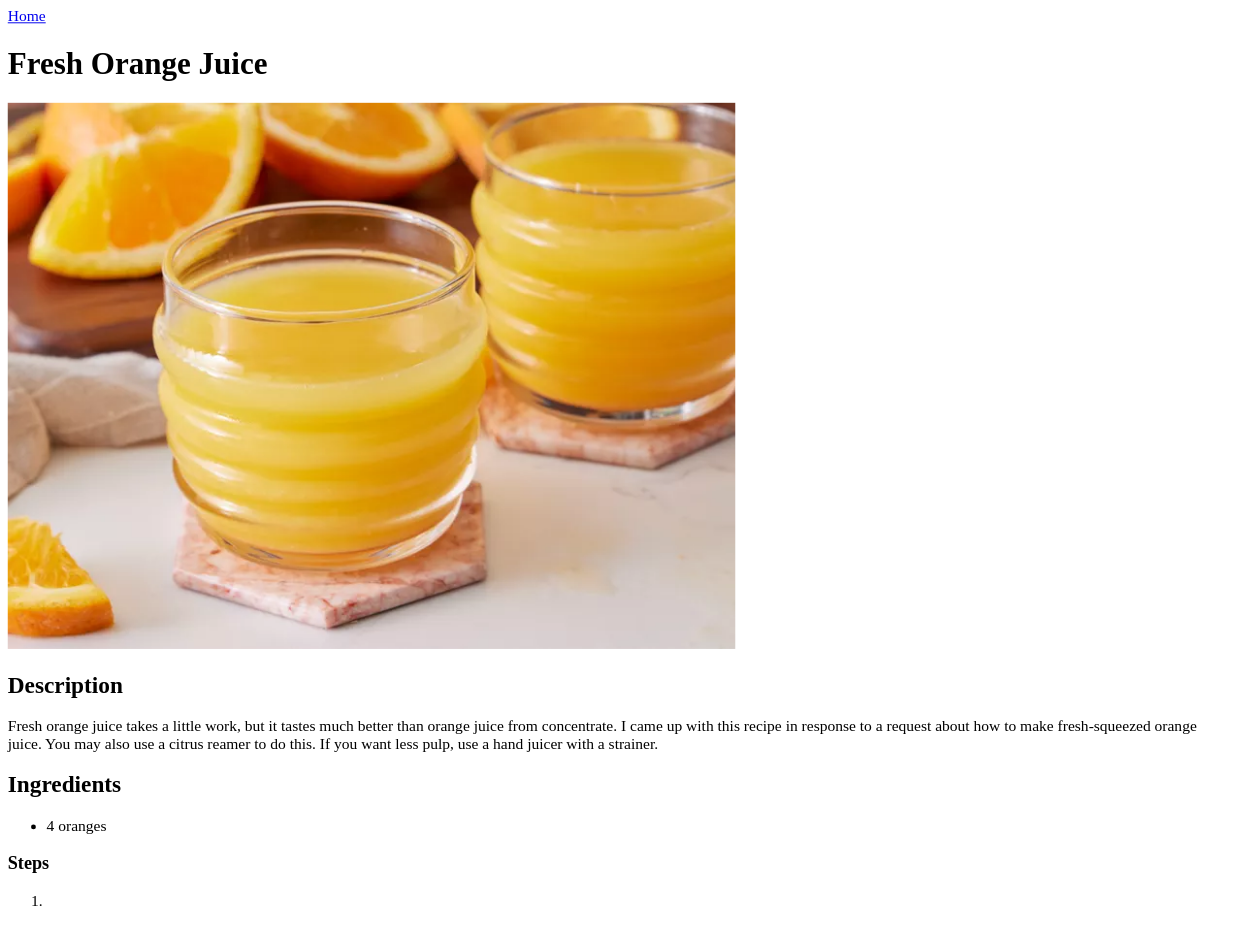
Repository: itsDevAK/odin-recipes
Page: recipes/orange-juice.html
An editor plug-in stored every save of this project. The page is shown before and after a run of saves, followed by the edit.
The browser window is 1280 px wide. The pictures show the whole page, at 97% of full size.

Above is the page before, as saved 2026-09-17 13:16:44.

### recipes/orange-juice.html
<!DOCTYPE html>
<html lang="en">
<head>
    <meta charset="UTF-8">
    <meta name="viewport" content="width=device-width, initial-scale=1.0">
    <title>Beef Birria Nachos</title>
</head>
<body>
    <a href="../index.html">Home</a>
    <h1>Fresh Orange Juice</h1>
    <img src="../images/orange-juice.webp" alt="">
    <h2>Description</h2>
    <p>Fresh orange juice takes a little work, but it tastes much better than orange juice from concentrate. I came up with this recipe in response to a request about how to make fresh-squeezed orange juice. You may also use a citrus reamer to do this. If you want less pulp, use a hand juicer with a strainer.</p>
    <h2>Ingredients</h2>
    <ul>
        <li>4 oranges</li>
    </ul>
    <h3>Steps</h3>
    <ol>
        <li></li>
    </ol>
</body>
</html>

After the next 2 saves:
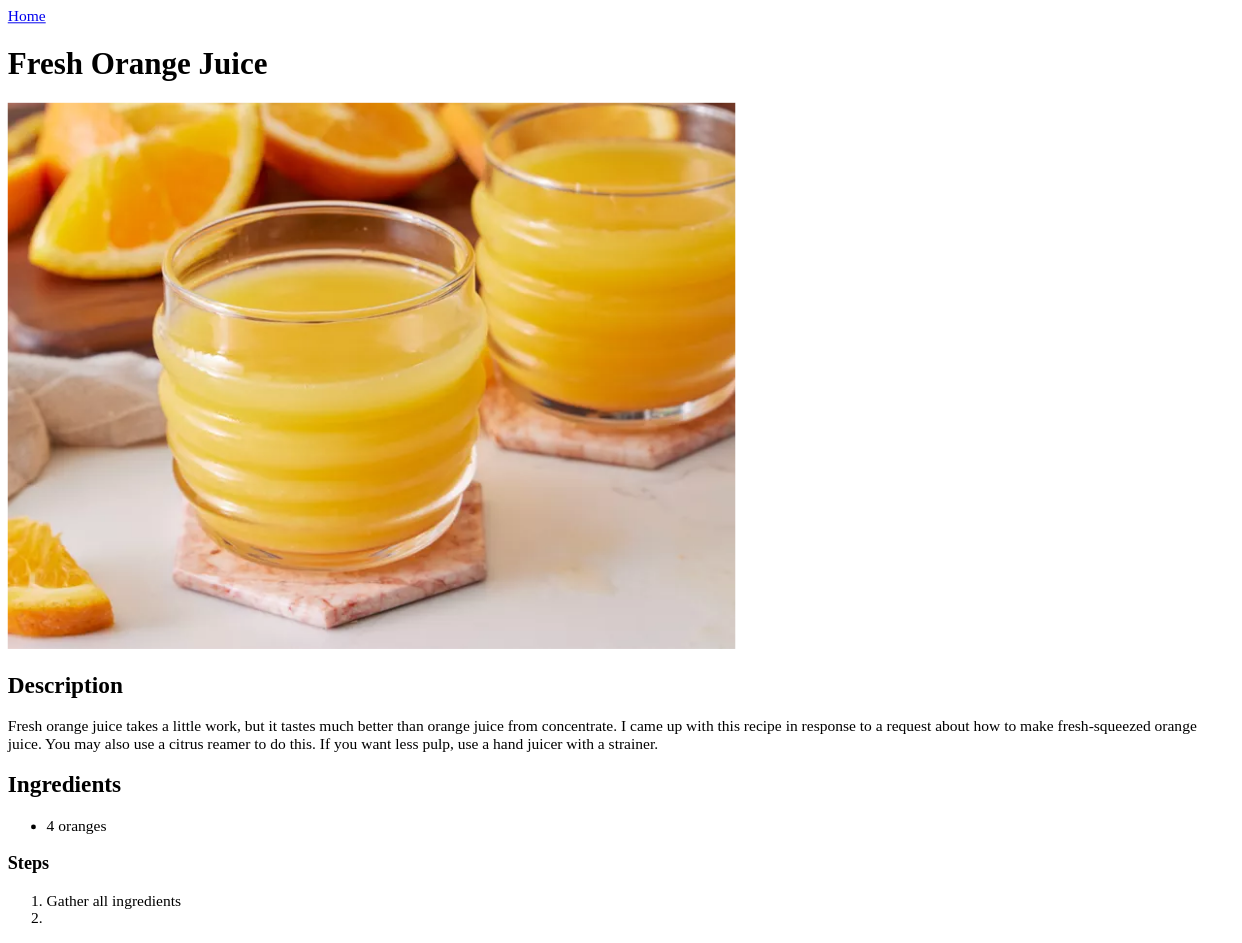
The 2 saves are shown as one change because they came seconds apart.
The last was saved 15 s later.
--- a/recipes/orange-juice.html
+++ b/recipes/orange-juice.html
@@ -17,6 +17,7 @@
     </ul>
     <h3>Steps</h3>
     <ol>
+        <li>Gather all ingredients</li>
         <li></li>
     </ol>
 </body>
